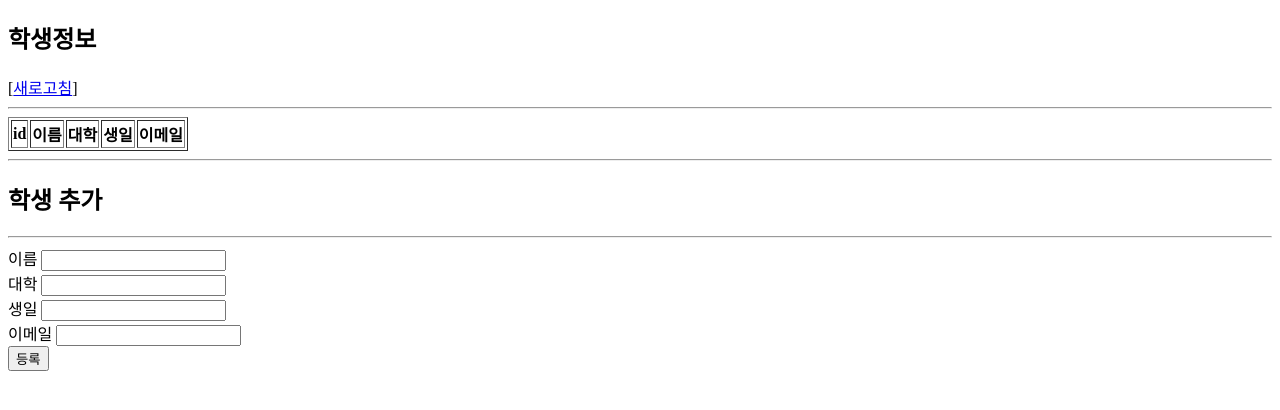
Repository: HappiKing/KNU_Database_ORACLE
Page: http://localhost/gg/studentControl
An editor plug-in stored every save of this project. The page is shown before and after the next save, followed by the edit.
The browser window is 1280 px wide. The pictures show the whole page.
The page is served by Tomcat 9. Other server files are loaded and not shown. Queries for data that is not in the repository find no rows.

Above is the page before, as saved 2024-06-17 02:36:56.

### DB_futsal/test/gg/src/main/webapp/ch09/studentInfo.jsp
<%@ page language="java" contentType="text/html; charset=UTF-8"
    pageEncoding="UTF-8"%>
<%@ taglib uri="http://java.sun.com/jsp/jstl/core" prefix="c" %>

<!DOCTYPE html>
<html>
<head>
<meta charset="UTF-8">
<title>학생 정보</title>
</head>
<body>
  <h2>학생정보</h2>[<a href="/gg/studentControl">새로고침</a>]
  <hr>
  <table border = "1">
    <tr>
      <th>id</th>
      <th>이름</th>
      <th>대학</th>
      <th>생일</th>
      <th>이메일</th>
    </tr>
    <c:forEach items = "${students}" var="s">
      <tr>
        <td>${s.id }</td>
        <td>${s.username }</td>
        <td>${s.univ }</td>
        <td>${s.birth }</td>
        <td>${s.email }</td>
      </tr>
    </c:forEach>
  </table>
  <hr>
  <h2>학생 추가</h2>
  <hr>
  <form method="post" action="/gg/studentControl?action=insert">
    <label>이름</label>
    <input type="text" name="username"><br>
    <label>대학</label>
    <input type="text" name="univ"><br>
    <label>생일</label>
    <input type="text" name="birth"><br>
    <label>이메일</label>
    <input type="text" name="email"><br>
    <button type="submit">등록</button>
  </form>
</body>
</html>

### DB_futsal/test/gg/src/main/java/ch09/studentControl.java
package ch09;

import java.io.IOException;

import javax.servlet.ServletConfig;
import javax.servlet.ServletException;
import javax.servlet.annotation.WebServlet;
import javax.servlet.http.HttpServlet;
import javax.servlet.http.HttpServletRequest;
import javax.servlet.http.HttpServletResponse;

import org.apache.commons.beanutils.BeanUtils;

/**
 * Servlet implementation class studentControl
 */
@WebServlet("/studentControl")
public class studentControl extends HttpServlet {
	private static final long serialVersionUID = 1L;

	StudentDAO dao;

	public void init(ServletConfig config) throws ServletException {
		super.init(config);
		dao = new StudentDAO();
	}

	protected void service(HttpServletRequest request, HttpServletResponse response) throws ServletException, IOException {
		// TODO Auto-generated method stub
		request.setCharacterEncoding("utf-8");
		String action = request.getParameter("action");
		String view ="";

		if(action == null) {
			getServletContext().getRequestDispatcher("/studentControl?action=list").forward(request, response);
		} else {
			switch(action) {
			case "list": view = list(request, response); break;
			}
			getServletContext().getRequestDispatcher("/ch09/" + view).forward(request, response);
		}
	}

	private String list(HttpServletRequest request, HttpServletResponse response) {
		request.setAttribute("students", dao.getAll());
		return "studentInfo.jsp";
	}


}

After the next save:
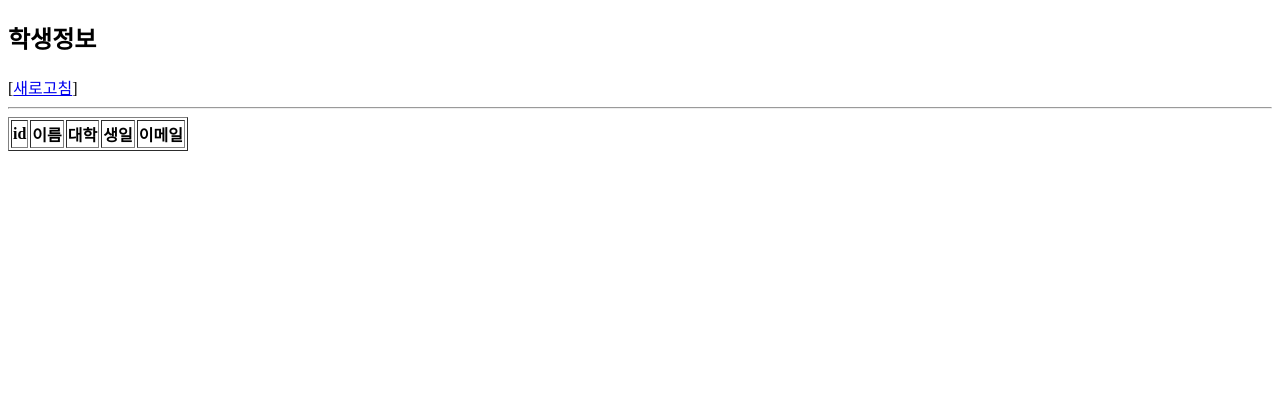
Saved 49 s later.
--- a/DB_futsal/test/gg/src/main/webapp/ch09/studentInfo.jsp
+++ b/DB_futsal/test/gg/src/main/webapp/ch09/studentInfo.jsp
@@ -29,19 +29,5 @@
       </tr>
     </c:forEach>
   </table>
-  <hr>
-  <h2>학생 추가</h2>
-  <hr>
-  <form method="post" action="/gg/studentControl?action=insert">
-    <label>이름</label>
-    <input type="text" name="username"><br>
-    <label>대학</label>
-    <input type="text" name="univ"><br>
-    <label>생일</label>
-    <input type="text" name="birth"><br>
-    <label>이메일</label>
-    <input type="text" name="email"><br>
-    <button type="submit">등록</button>
-  </form>
 </body>
 </html>
